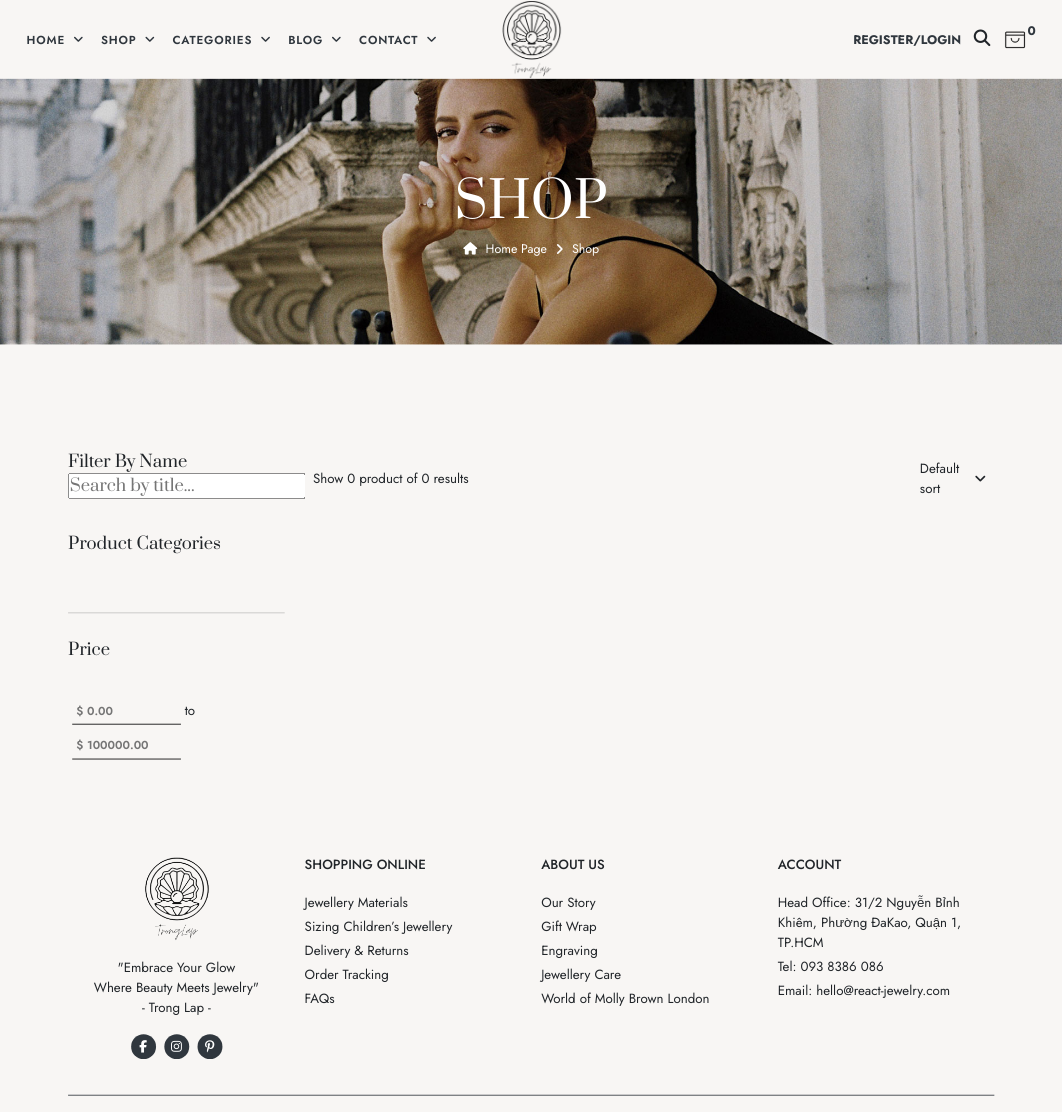
Repository: tronglap/react-jewelry
Page: /list-product
The author's editor kept a copy of each file at every save. The page is drawn from the files as they stood at one save, then again after a run of saves.
The browser window is 1280 px wide. The pictures show the whole page, at 83% of full size.
The page's requests for data from a server got no answer. The project was rebuilt for these pictures with package versions that can differ from the ones it lists, and the page was loaded fresh each time. No one was signed in, and anything a server would have sent is missing. Also part of the build but not shown: src/component/Button/Button.css, src/component/Button/Button.js, src/component/SliderBar/SliderBar.css, src/component/SliderBar/SliderBar.js, src/component/Home/WWD/WWD.css, src/component/Home/WWD/WWD.js, src/component/Home/Home.css, src/component/Home/Categories/Categories.js and 14 more.

Above is the page before, as saved 2024-03-26 19:00:02.

### src/App.css
@import url('https://fonts.googleapis.com/css2?family=Jost:ital,wght@0,100..900;1,100..900&family=Prata&display=swap');


* {
    margin: 0;
    padding: 0;
    box-sizing: border-box;
}

img {
    width: 100%;
}

a {
    text-decoration: none;
}

ul {
    list-style: none;
    margin: 0;
    padding: 0;
}

body {
    font-family: "Jost", sans-serif;
    --seconddaryfont: "Prata";
    --color-primary: #daa14c;
    --color-secondary: #30373e;
    --color-text: #666;
    --color-accent: #30373e;
    --color-lighter: #888;
    --color-dark: #202020;
    --color-highlight: #ccc;
    --color-border: #e3e3e3;
    --color-background-light: #f8f6f4;
    --color-background-field: #DADADA20;
    background-color: #f8f6f4;
}

### src/component/Footer/Footer.css
.footer {
    margin-top: 10%;
    text-align: left;
    height: 40vh;
    border-bottom: 0.1px solid var(--color-secondary);
    margin-bottom: 20px;
}

.footer .logo {
    margin: 0 auto;
    width: 30%;
}

.footer .slogan {
    text-align: center;
    margin: 20px 0;
}

.footer .social-links {
    display: flex;
    gap: 10px;
    margin-top: 10px;
    justify-content: center;
}

.footer .social-links a {
    display: flex;
    align-items: center;
    justify-content: center;
    color: white;
    background-color: var(--color-secondary);
    border-radius: 50%;
    width: 30px;
    height: 30px;
    font-size: 20px;
    text-align: center;
    transition: 0.3s ease;
}

.footer .social-links a:hover {
    background-color: var(--color-primary);
}

::selection {
    color: white;
    background-color: var(--color-primary);
}

.footer ul {
    margin-top: 25px;
}

.footer ul li {
    margin-bottom: 5px;
    cursor: pointer;
    transition: 0.2s linear;
}

.footer ul li:hover {
    color: var(--color-primary)
}

### src/component/ListProduct/ListProduct.css
.ListProduct .box_product {
    margin-top: 10%;
}

.ListProduct .box_product .FBN {
    font-size: 20px;
    font-family: 'Prata', sans-serif;
    font-weight: 400;
    line-height: 1.35;
    text-transform: capitalize;
    margin-bottom: 30px;
    padding-bottom: 10px;
}

.ListProduct .box_product .FBN .filterbyname {}

.ListProduct .box_product .Product_Categories {
    font-size: 20px;
    font-family: 'Prata', sans-serif;
    font-weight: 400;
    line-height: 1.35;
    text-transform: capitalize;
    margin-bottom: 30px;
    padding-bottom: 10px;
}

.ListProduct .box_product .Categories {
    border-bottom: 1px solid rgba(128, 128, 128, 0.5);
    padding-bottom: 30px;
}

.ListProduct .box_product .Categories .diamonds {
    display: flex;
    width: 35%;
    justify-content: space-between;
    font-size: 18px;
    font-weight: 400;
    font-style: normal;
    text-rendering: optimizeLegibility;
    color: var(--color-text);
    line-height: 1.5;
    letter-spacing: 0;
    cursor: pointer;
    transition: 0.2s ease;
}

.ListProduct .box_product .Categories .diamonds:hover {
    color: var(--color-primary)
}

.ListProduct .box_product .FBP .filterbyprice {
    font-size: 20px;
    font-family: 'Prata', sans-serif;
    font-weight: 400;
    line-height: 1.35;
    text-transform: capitalize;
    margin-bottom: 30px;
    margin-top: 30px;
    padding-bottom: 10px;
}

.ListProduct .box_product .FBP input {
    width: 50%;
    padding: 5px;
    font-size: 14px;
    margin: 5px;
    font-weight: 600;
    text-transform: none;
    border: none;
    border-bottom: 1px solid black;
    outline: none;
    background-color: transparent;
}

input[type=number]::-webkit-inner-spin-button {
    -webkit-appearance: none;
}

.ListProduct .box_product .Cart_list {
    margin-bottom: 20px;
}

.ListProduct .box_product .sorting {
    display: flex;
    justify-content: space-between;
    align-items: center;
}

.ListProduct .box_product .sorting .Count_AP {
    display: flex;
    margin-bottom: 20px;
    padding: 10px;
}

.ListProduct .box_product .sort {
    display: flex;
    align-items: center;
    justify-content: space-between;
    width: 12%;
    margin-bottom: 20px;
    padding: 10px;
    position: relative;
    cursor: pointer;
}

.ListProduct .box_product .sort .sorts {
    background-color: whitesmoke;
    padding: 10px 10px;
    width: 150%;
    opacity: 0;
    visibility: hidden;
    top: 40px;
    left: 0;
    position: absolute;
    z-index: 999;
    transition: 0.3s ease-out;
}

.ListProduct .box_product .sort .sorts.active {
    visibility: visible;
    top: 50px;
    opacity: 1;
}

### src/component/Cart/Cart.css
.Cart .link_header {
    display: flex;
    justify-content: flex-start;
    align-items: center;
}

.Cart .link_header .Home,
.Cart .link_header .Shop {
    line-height: 24px;
    text-decoration: none;
    color: var(--color-text);
    font-weight: 400;
    font-size: 14px;
    transition: 0.2s ease;
}

.Cart .link_header .Shop {
    color: var(--color-primary)
}

.Cart .link_header .Home:hover,
.Cart .link_header .Home:hover i {
    color: var(--color-primary)
}

.Cart .link_header .Home i,
.Cart .link_header .icon i {
    margin-right: 10px;
    color: var(--color-text);
    transition: 0.2s ease;
    font-size: 13px;
}

.Cart .link_header .icon {
    display: flex;
    align-items: center;
    justify-content: center;
    margin: 0 10px;
}

.Cart .cart-product {
    display: none;
    margin-top: 10%;
    text-align: center;
}

.Cart .cart-product.active {
    display: block;
}

.Cart .noti.active {
    display: none;
}

.Cart .cart-product .title {
    color: var(--color-secondary);
    font-weight: 600;
    text-transform: uppercase;
}

.Cart .cart-product .quantity {
    display: flex;
    align-items: center;
    justify-content: space-between;
    border: 1px solid #e3e3e3;

}

.Cart .cart-product .quantity input {
    padding: 13px 0;
    font-size: 14px;
    font-weight: 600;
    text-align: center;
    margin: 0 auto;
    outline: none;
    background-color: transparent;
    border: none;
    width: 50%;
}

.Cart .cart-product .quantity button {
    padding: 5px 10px 5px 10px;
    border: none;
    background-color: transparent;
    transition: 0.5s linear;
    border-radius: 50%;
    outline: none;
}

.Cart .cart-product .quantity button:active {
    background-color: rgba(128, 128, 128, 0.5)
}

p {
    margin: 0;
}

.Cart .cart-product .bill {
    text-align: left;
    padding: 30px 30px 40px;
    position: relative;
    background-color: #F8F6F4;
    border: 6px solid #E3E3E3;
    border-radius: 5px;
    color: var(--color-secondary)
}

.Cart .cart-product .bill .cart-total h2 {
    font-size: 28px;
    font-family: 'Prata', sans-serif;
    margin-bottom: 15px;
    font-weight: 400;
}

.Cart .cart-product .bill .total-product,
.Cart .cart-product .bill .total {
    display: flex;
    justify-content: space-between;
    align-items: center;
    font-size: 18px;
    padding: 1em 0;
}

.Cart .cart-product .bill .total {
    margin: 10% 0
}

.Cart .cart-product .bill .total .price {
    font-size: 24px;
    color: var(--color-primary);
    font-weight: 600;
}

.Cart .cart-product .bill .proceed-to-checkout {
    outline: none;
    text-align: center;
}

.Cart .cart-product .bill .proceed-to-checkout .btn-proceed .shop-now {
    margin: 0;
    text-transform: uppercase;
    width: 100%;
    font-weight: 600;
    font-size: 13px;
}

.Cart .cart-product .bill .proceed-to-checkout .btn-proceed .shop-now:hover {
    box-shadow: inset 350px 0 0 0 var(--color-primary);
}

### src/component/Home/Categories/Categories.css
img {
    width: 100%;
}

.icon_cate {
    display: flex;
    gap: 20px;
    margin: 10% 0;
    justify-content: center;
    align-items: center;
}

.icon_cate .icon1,
.icon_cate .icon2,
.icon_cate .icon3 {
    text-align: center;
}

.icon_cate .icon1 .img_icon,
.icon_cate .icon2 .img_icon,
.icon_cate .icon3 .img_icon {
    display: flex;
    justify-content: center;
    margin-bottom: 15px;
}

.icon_cate .icon1 .img_icon .thumb,
.icon_cate .icon2 .img_icon .thumb,
.icon_cate .icon3 .img_icon .thumb {
    width: 25%;
    border-radius: 50%;
    padding: 20px;
    transition: 0.2s ease;
}

.icon_cate .icon1:hover .img_icon .thumb,
.icon_cate .icon2:hover .img_icon .thumb,
.icon_cate .icon3:hover .img_icon .thumb {
    background: var(--color-primary)
}

.icon_cate .icon1 .title,
.icon_cate .icon2 .title,
.icon_cate .icon3 .title {
    font-size: 24px;
    font-family: 'Prata', sans-serif;
    letter-spacing: .3px;
    color: var(--color-secondary);
    margin-bottom: 15px;
    transition: 0.2s ease;
}

.icon_cate .icon1:hover .title,
.icon_cate .icon2:hover .title,
.icon_cate .icon3:hover .title {
    color: var(--color-primary)
}

.icon_cate .icon1 .desc,
.icon_cate .icon2 .desc,
.icon_cate .icon3 .desc {
    width: 60%;
    margin: 0 auto;
}

.cate {
    overflow: hidden;
}

.cate .right .diamond {
    overflow: hidden;
}

.cate .right {
    display: flex;
    flex-wrap: wrap;
    gap: 5%;
}

.cate .necklaces,
.cate .right .diamond,
.cate .right .earrings,
.cate .right .rings {
    position: relative;
    transition: 0.5s ease;
}

.cate .necklaces::after,
.cate .right .diamond::after,
.cate .right .earrings::after,
.cate .right .rings::after {
    content: "";
    display: block;
    opacity: 0;
    width: 100%;
    height: 200px;
    background: linear-gradient(to top, rgba(0, 0, 0, 0.3), rgba(0, 0, 0, 0));
    bottom: -100px;
    position: absolute;
    transition: 0.5s ease;
    z-index: 0;
}

.cate .necklaces:hover::after,
.cate .right .diamond:hover::after,
.cate .right .earrings:hover::after,
.cate .right .rings:hover::after {
    opacity: 1;
    bottom: 0;
}

.cate .necklaces::before,
.cate .right .diamond::before,
.cate .right .earrings::before,
.cate .right .rings::before {
    content: "";
    opacity: 0;
    width: 100%;
    height: 50px;
    font-family: 'Prata', sans-serif;
    font-size: 35px;
    color: white;
    text-align: center;
    bottom: -50px;
    position: absolute;
    transition: 0.5s ease;
    z-index: 1;
}

.cate .necklaces:hover::before {
    content: "Necklaces";
    opacity: 1;
    bottom: 20px;
}

.cate .right .diamond:hover::before {
    content: "Diamond";
    opacity: 1;
    bottom: 20px;
}

.cate .right .earrings:hover::before {
    content: "Earrings";
    opacity: 1;
    bottom: 20px;
}

.cate .right .rings:hover::before {
    content: "Rings";
    opacity: 1;
    bottom: 20px;
}

### src/component/Header/HeaderMain/Header.css
svg {
    margin-top: 0px;
}

path {
    fill: black;
    stroke: black;
    stroke-width: 2px;
    transition: 0.2s linear;
}

.HeaderMain {
    display: flex;
    justify-content: space-between;
    align-items: center;
    padding: 0 20px;
}

.HeaderMain .left {
    display: flex;
    gap: 20px;
    width: 40%;
}

.HeaderMain .left .Home,
.HeaderMain .left .Shop,
.HeaderMain .left .Categories,
.HeaderMain .left .Blog,
.HeaderMain .left .Contact {
    display: flex;
    justify-content: space-between;
    align-items: center;
    text-transform: uppercase;
    line-height: 1.2857142857;
    font-weight: 600;
    font-size: 14px;
    color: var(--color-secondary);
    letter-spacing: 1px;
    transition: 0.2s ease;
}

.HeaderMain .left .Home:hover,
.HeaderMain .left .Shop:hover,
.HeaderMain .left .Categories:hover,
.HeaderMain .left .Blog:hover,
.HeaderMain .left .Contact:hover {
    color: var(--color-primary);
}


.HeaderMain .left .Home i,
.HeaderMain .left .Shop i,
.HeaderMain .left .Categories i,
.HeaderMain .left .Blog i,
.HeaderMain .left .Contact i {
    margin-left: 10px;
}

.HeaderMain .mid {
    display: flex;
    justify-content: center;
    width: 20%;
}

.HeaderMain .mid .thumb {
    width: 30%;
}

.HeaderMain .right {
    display: flex;
    align-items: center;
    justify-content: right;
    width: 40%;
}

.HeaderMain .right .register a {
    color: var(--color-secondary);
    text-transform: uppercase;
    font-weight: bold;
    font-size: 15px;
    transition: 0.2s linear;
}

.HeaderMain .right .register a:hover {
    color: var(--color-primary)
}

.HeaderMain .right .search {
    transition: 0.2s ease;
}

.HeaderMain .right .search i {
    font-size: 20px;
    margin-left: 15px;
}

.HeaderMain .right .search:hover {
    color: var(--color-primary)
}

.HeaderMain .right .cart {
    display: flex;
    justify-content: center;
    align-items: center;
    margin-left: 15px;
    cursor: pointer;
}


.HeaderMain .right .cart:hover svg path {
    fill: var(--color-primary);
    stroke: var(--color-primary);
    stroke-width: 2px;
}

.HeaderMain .right .cart:hover .count {
    color: var(--color-primary)
}

.HeaderMain .right .cart .count {
    font-weight: bold;
    font-size: 15px;
    margin-bottom: 20px;
    transition: 0.2s linear;
    color: var(--color-secondary)
}

### src/component/ListProduct/Banner/Banner.css
.Banner {
    position: relative;
}

.Banner::after {
    content: "";
    display: block;
    width: 100%;
    height: 100%;
    background-color: rgba(0, 0, 0, 0.5);
}

.Banner .content {
    text-align: center;
    width: 100%;
    top: 50%;
    transform: translateY(-50%);
    position: absolute;
    z-index: 999;

}

.Banner .content .title {
    font-size: 60px;
    font-family: 'Prata', sans-serif;
    color: white;
}

.Banner .content .link_header {
    display: flex;
    justify-content: center;
    align-items: center;
}

.Banner .content .link_header .Home,
.Banner .content .link_header .Shop {
    text-decoration: none;
    color: white;
    font-weight: 400;
    font-size: 15px;
    transition: 0.2s ease;
}

.Banner .content .link_header .Home:hover,
.Banner .content .link_header .Home:hover i {
    color: var(--color-primary)
}

.Banner .content .link_header .Home i,
.Banner .content .link_header .icon {
    margin-right: 10px;
    color: white;
    transition: 0.2s ease
}

.Banner .content .link_header .icon {
    display: flex;
    align-items: center;
    justify-content: center;
    margin: 0 10px;
}

### src/component/CardProduct/CartProduct.css
img {
    width: 100%;
}

.Card_item {
    margin: 0 5px;
    text-align: center;
    position: relative;
    width: 100%;
    text-align: center;
    overflow: hidden;
}

.Card_item .thumb {
    display: block;
    position: relative;
    transition: 0.5s linear;
    overflow: hidden;
    width: 290px;
}

.Card_item .thumb:hover {
    border-radius: 49% 49% 0 0;
}

.Card_item .thumb img {
    transition: 0.5s ease;
    position: relative;
}

.Card_item .thumb img:first-child {
    opacity: 1;
    transition: 0.3s linear;

}

.Card_item .thumb:hover img:first-child {
    opacity: 0;
}

.Card_item .thumb img:last-child {
    opacity: 0;
    position: absolute;
    top: 0;
    left: 0;
    transition: 0.3s linear;
}

.Card_item .thumb:hover img:last-child {
    opacity: 1;
    display: block;
    transform: scale(1.2);
}

.Card_item .sale {
    display: none;
    width: 50px;
    height: 20px;
    color: white;
    padding: 2.5px 10px;
    font-weight: bold;
    font-size: 10px;
    top: 10px;
    left: 10px;
    background-color: var(--color-primary);
    position: absolute;
    transition: 0.2s linear;
    z-index: 999;
}

.Card_item .sale.active {
    display: block;
}

.Card_item:hover .sale.active {
    display: none;
}

.Card_item .info {
    margin-top: 10px;
}

.Card_item .info .cate {
    color: var(--color-primary);
    text-transform: uppercase;
    font-size: 12px;
    font-weight: 500;
    line-height: 1.35;
}

.Card_item .info .name {
    font-size: 20px;
    color: var(--color-secondary);
    text-transform: capitalize;
    transition: 0.2s ease;
}

.Card_item .info .name:hover {
    color: var(--color-primary)
}

.Card_item .info .material {
    color: var(--color-text);
    text-transform: capitalize;
    font-size: 14px
}

.Card_item .info .price .discount {
    font-weight: 700;
    color: var(--color-secondary)
}

.Card_item .info .price .cost {
    color: var(--color-secondary);
    font-weight: 500;
    text-decoration: line-through;
    font-size: 14px;
}

.Card_item .info .price .discount.active {
    display: none;
}

.Card_item .info .price .cost.active {
    font-weight: 700;
    color: var(--color-secondary);
    text-decoration: none;
    font-size: 16px;
}

### src/component/CardNews/CardNews.css
img {
    width: 100%;
}

.Card_news {
    width: 90%;
    margin: 0 auto;
    cursor: pointer;
}

.Card_news .thumb {
    margin-bottom: 3%;
    overflow: hidden;
}

.Card_news .thumb img {
    transition: 0.3s linear;
}

.Card_news .thumb:hover img {
    transform: scale(1.1);
}

.Card_news .infor {
    text-align: center;
}

.Card_news .infor .date p {
    font-size: 14px;
    text-transform: capitalize;
    color: var(--color-lighter);
    transition: 0.5s ease
}

.Card_news .infor .date p:hover {
    color: var(--color-primary)
}

.Card_news .infor .title h4 {
    display: -webkit-box;
    -webkit-box-orient: vertical;
    -webkit-line-clamp: 1;
    overflow: hidden;
    transition: 0.3s ease;
}

.Card_news .infor .title h4:hover {
    color: var(--color-primary)
}

.Card_news .infor .content p {
    display: -webkit-box;
    -webkit-box-orient: vertical;
    -webkit-line-clamp: 3;
    overflow: hidden;
    color: var(--color-text)
}

.Card_news .infor .view {
    color: var(--color-dark);
    font-weight: bold;
    font-size: 13px;
    font-weight: 600;
    line-height: 1.3;
    text-transform: uppercase;
    transition: 0.3s linear;
    margin-top: 12%;
}

.Card_news .infor .view:hover {
    color: var(--color-primary)
}

@keyframes zoom_news {
    0% {
        transform: scale(1);
    }

    100% {
        transform: scale(1.1);
    }
}

Loaded but not shown: public/index.html (common file); src/index.js (common file); src/index.css (common file); src/reportWebVitals.js (common file); src/component/ListProduct/ListProduct.js (188 lines, source omitted); src/component/Header/HeaderMain/Header.js (74 lines, source omitted); src/component/Footer/Footer.js (69 lines, source omitted); src/App.js (36 lines, source omitted); src/UseContext.js (36 lines, source omitted); src/component/ListProduct/Banner/Banner.js (31 lines, source omitted); src/UseFetch.js (26 lines, source omitted); src/component/AutoTop/AutoTop.js (15 lines, source omitted); src/component/Header/Header.css (289 lines, source omitted)

After the next 2 saves:
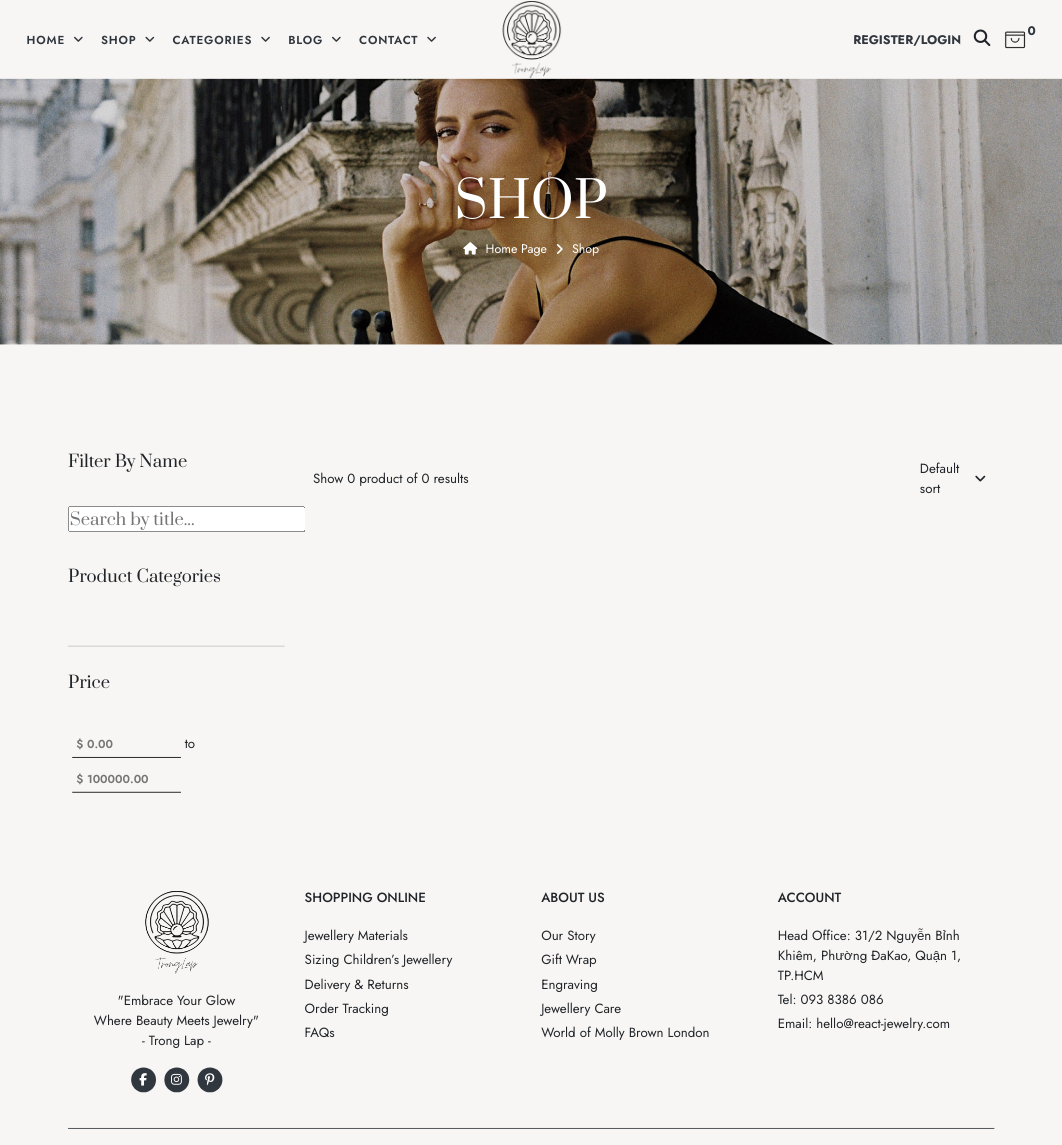
The 2 saves are shown as one change because they came seconds apart.
The last was saved 34 s later.
--- a/src/component/ListProduct/ListProduct.css
+++ b/src/component/ListProduct/ListProduct.css
@@ -12,7 +12,15 @@
     padding-bottom: 10px;
 }
 
-.ListProduct .box_product .FBN .filterbyname {}
+.ListProduct .box_product .FBN .filterbyname {
+    font-size: 20px;
+    font-family: 'Prata', sans-serif;
+    font-weight: 400;
+    line-height: 1.35;
+    text-transform: capitalize;
+    margin-bottom: 30px;
+    padding-bottom: 10px;
+}
 
 .ListProduct .box_product .Product_Categories {
     font-size: 20px;
